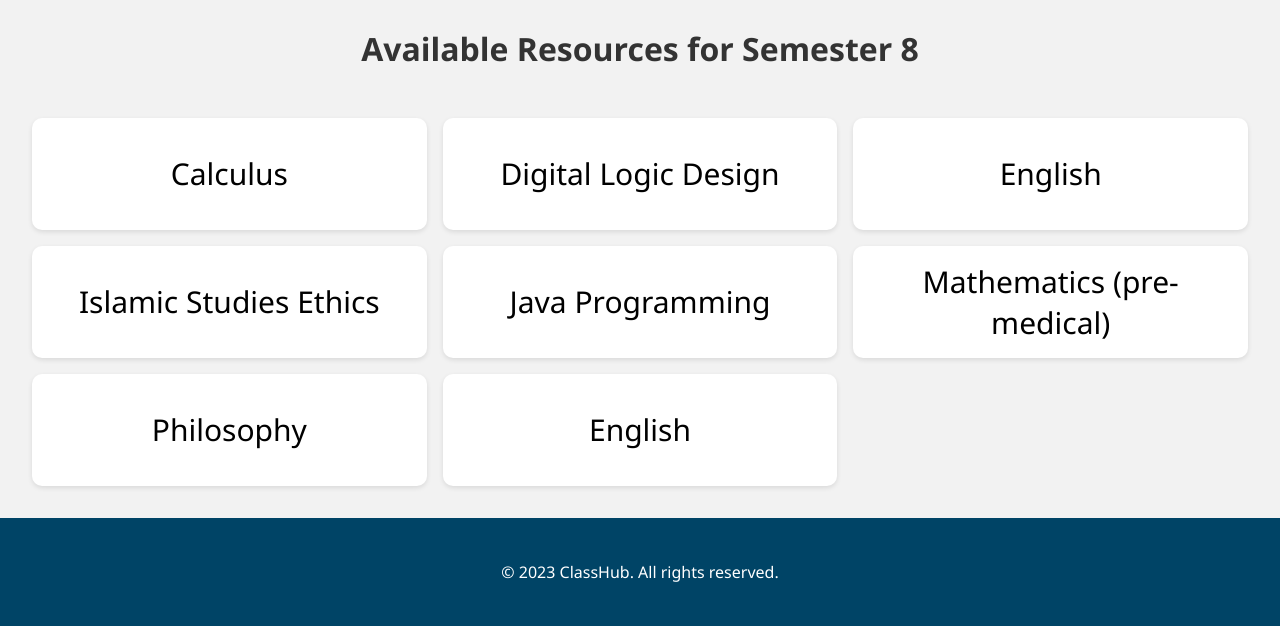
Repository: MariamSawera/eduNova
Page: semester8.html
These files come from the project's save history. The page is drawn as it stood at one moment and after the next save; the edit follows.
The browser window is 1280 px wide. The pictures show the part of the page from y = 294 to 920 px (the page is 920 px tall).

Above is the page before, as saved 2025-07-21 21:52:13.

After the next save:
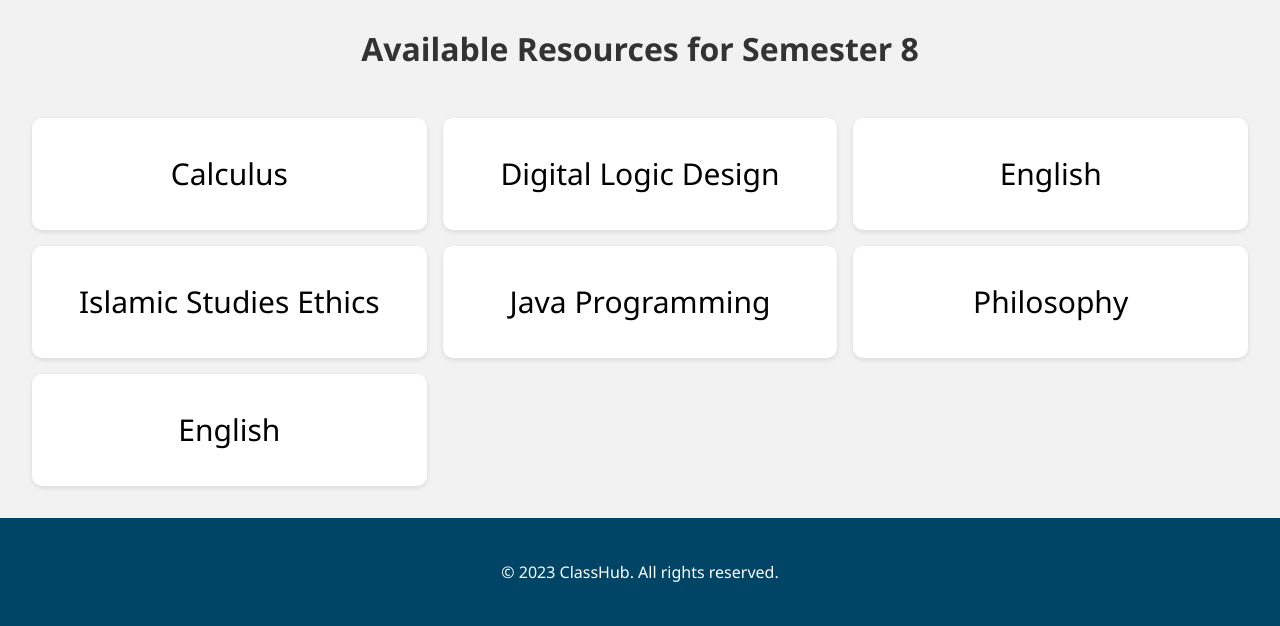
Saved 27 s later.
--- a/semester8.html
+++ b/semester8.html
@@ -35,7 +35,6 @@
         <div class="link-card" style="color: black;"><a href="https://drive.google.com/drive/folders/1nm3kfBioYCr0QkE6cjTMG2nKXMd3nmXZ?usp=drive_link" target="_blank">English</a></div>
         <div class="link-card" style="color: black;"><a href="https://drive.google.com/drive/folders/1nhBDc1xgah-9HlVQ8f8UQe6yZx41czWY?usp=drive_link" target="_blank">Islamic Studies Ethics</a></div>
         <div class="link-card" style="color: black;"><a href="https://drive.google.com/drive/folders/1nIj37DxrNmTlQUz9SyUsPlfRRl7F2uCB?usp=drive_link" target="_blank">Java Programming</a></div>
-        <div class="link-card" style="color: black;"><a href="https://drive.google.com/drive/folders/1nV6qc-ADsF6hdJeWGZNSC6qY7OpY6Yv9?usp=drive_link" target="_blank">Mathematics (pre-medical)</a></div>
         <div class="link-card" style="color: black;"><a href="https://drive.google.com/drive/folders/1013mME8j22eaJip78wbZ1QB-dDGhfw2A?usp=drive_link" target="_blank">Philosophy</a></div>
         <div class="link-card" style="color: black;"><a href="https://drive.google.com/drive/folders/1ngyoqGfgnii1AljRvY0lUbq6kteELS_7?usp=drive_link"target="_blank">English</a></div>
     </div>
